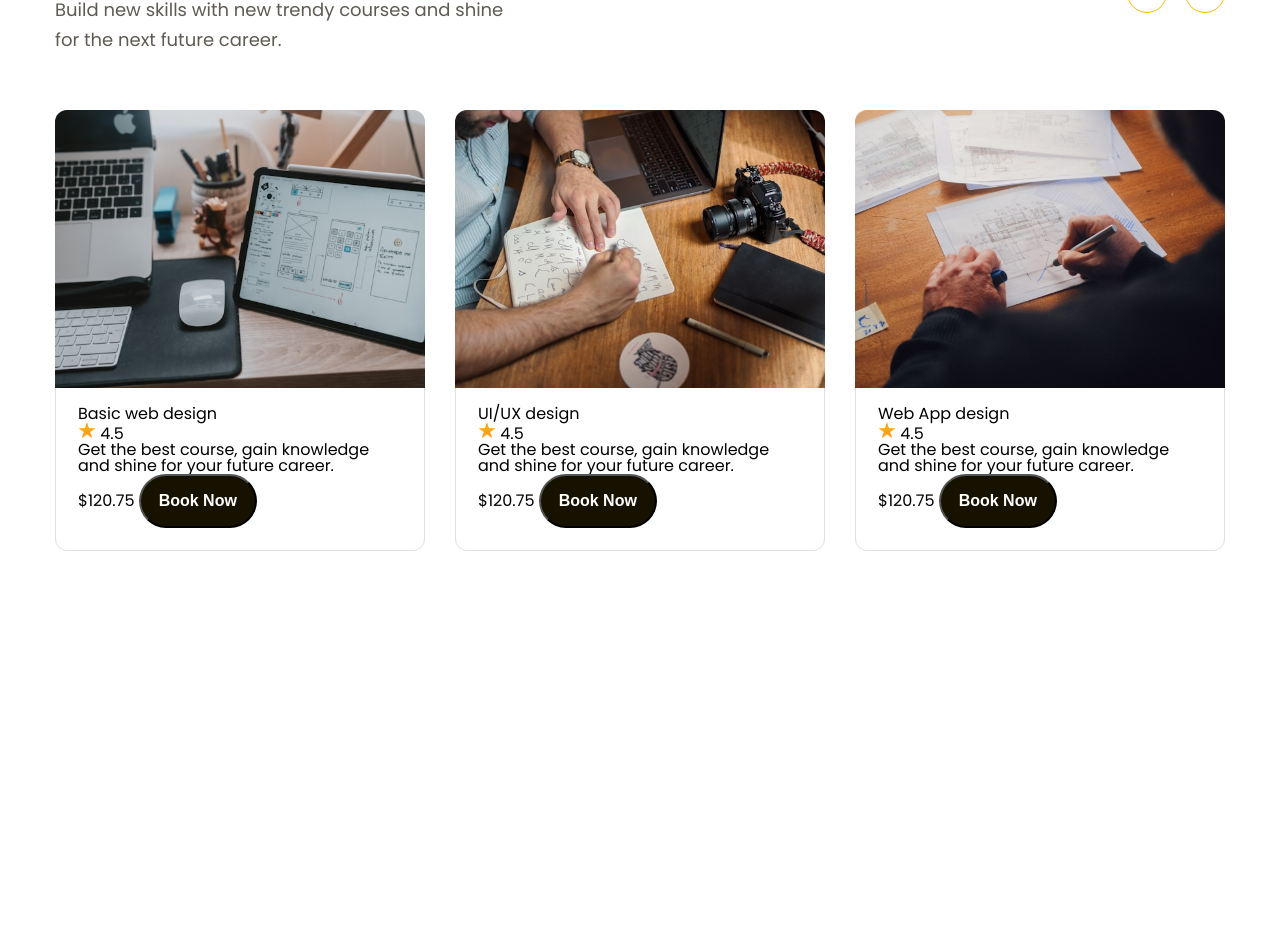
Repository: Tibi2003/f8-htmlcss-02
Page: index.html
An editor plug-in stored every save of this project. The page is shown before and after the next save, followed by the edit.
The browser window is 1280 px wide. The pictures show the part of the page from y = 1169 to 2121 px (the page is 5000 px tall).
A picture or video elsewhere on the page could not be fetched, so the positions and the page height are approximate.

Above is the page before, as saved 2024-03-07 15:45:30.

After the next save:
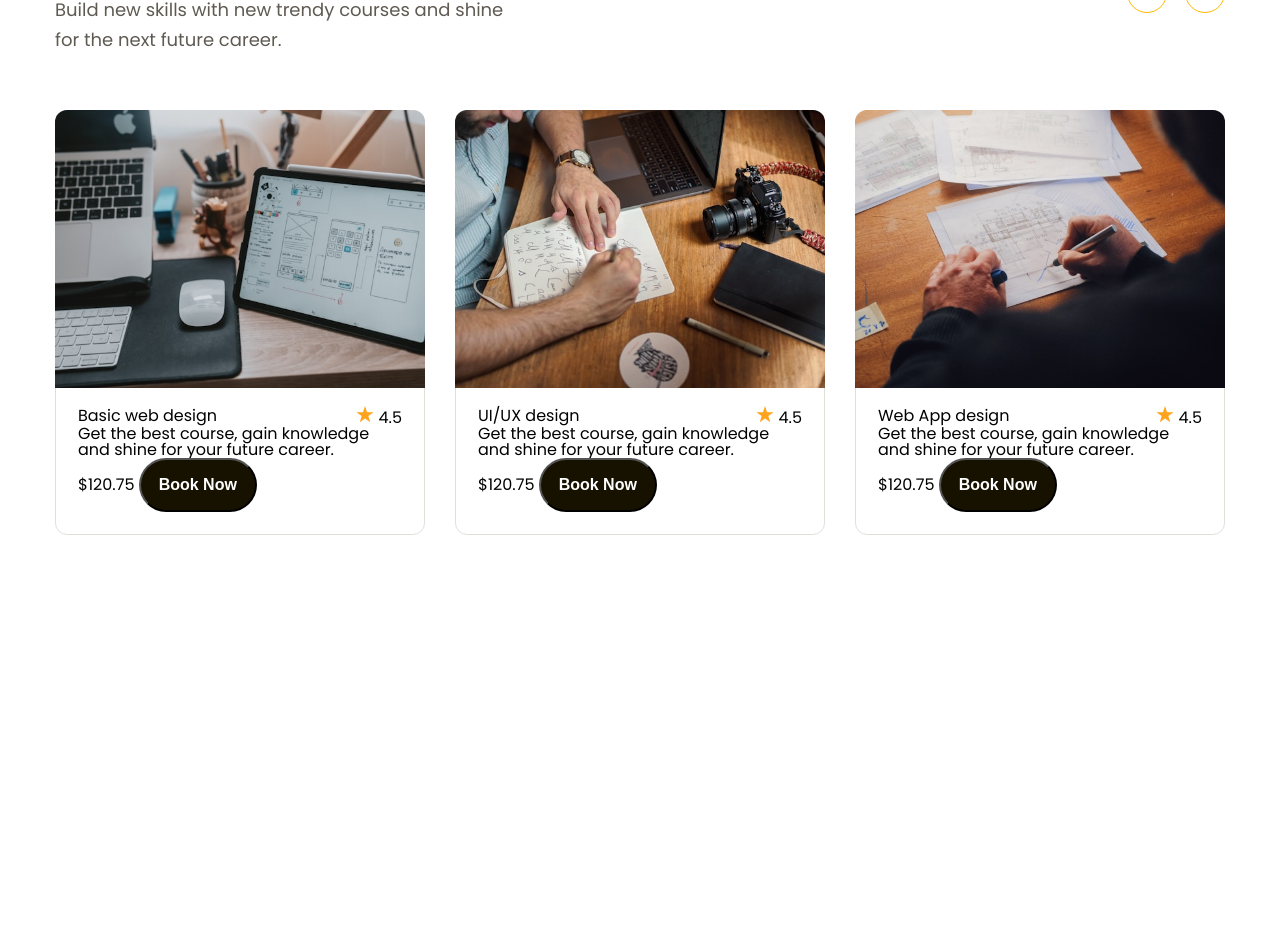
Saved 58 s later.
--- a/assets/css/styles.css
+++ b/assets/css/styles.css
@@ -333,3 +333,9 @@
 .popular .course-item .info {
 	padding: 16px 22px 22px;
 }
+
+.popular .course-item .head {
+	display: flex;
+	align-items: center;
+	justify-content: space-between;
+}
